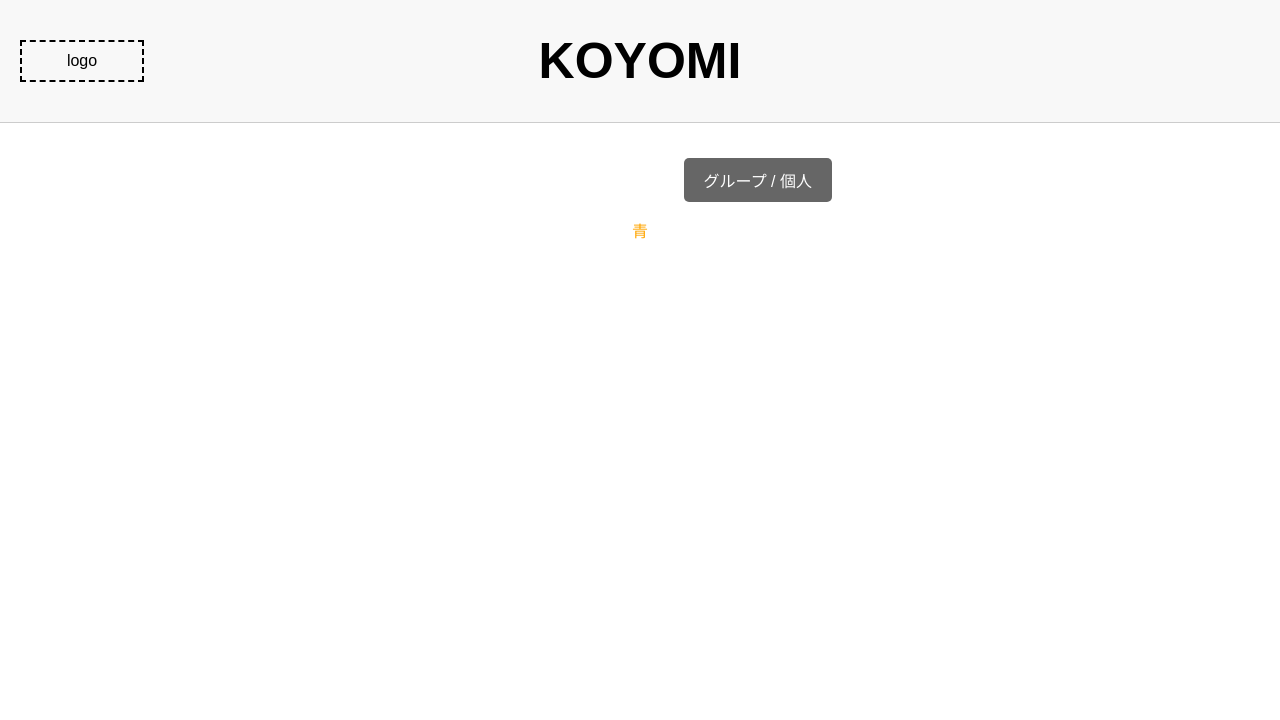
Repository: teramu0602/koyomi
Page: http://localhost/grouplist
These files come from the project's save history. The page is drawn as it stood at one moment and after the next save; the edit follows.
The browser window is 1280 px wide. The pictures show the whole page.
Some web fonts or font styles are not loaded; a fallback is used. The page is served by the project's Laravel application, run on PHP 8.4 with Laravel 9. Style sheets and scripts are compiled from the project's sources, by tool versions that may differ from the author's.

Above is the page before, as saved 2025-02-22 10:04:01.

After the next save:
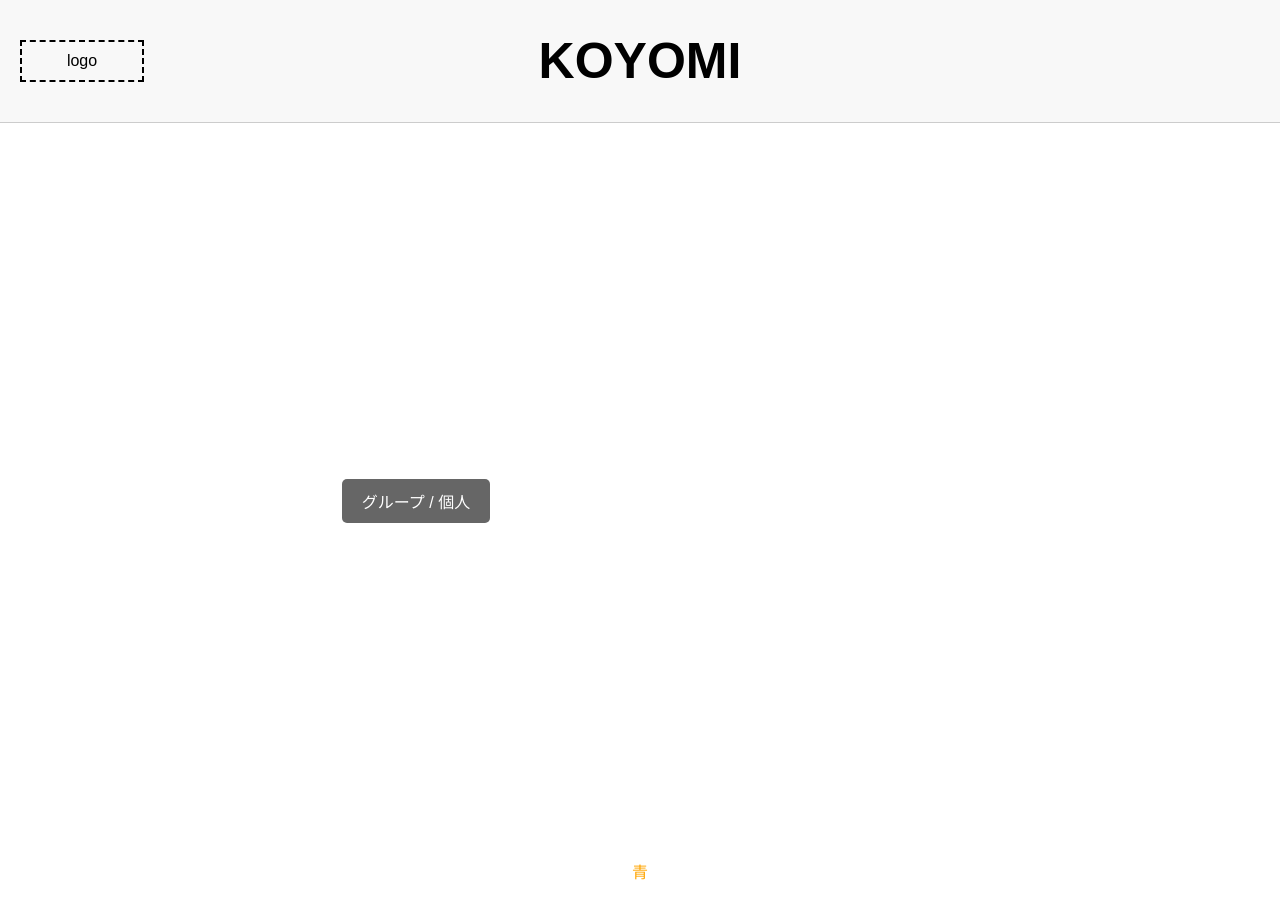
Saved 4 min 27 s later.
--- a/public/css/common.admin.css
+++ b/public/css/common.admin.css
@@ -5,9 +5,10 @@ html, body {
 }
 
 .container {
-    width: 100%;
-    display: flex !important;
-    justify-content: flex-end !important;
+    display: flex;
+    justify-content: center; /* 水平中央に配置 */
+    align-items: center; /* 垂直中央に配置 */
+    height: 100vh; /* 親要素の高さを画面全体に */
 }
 
 button {
